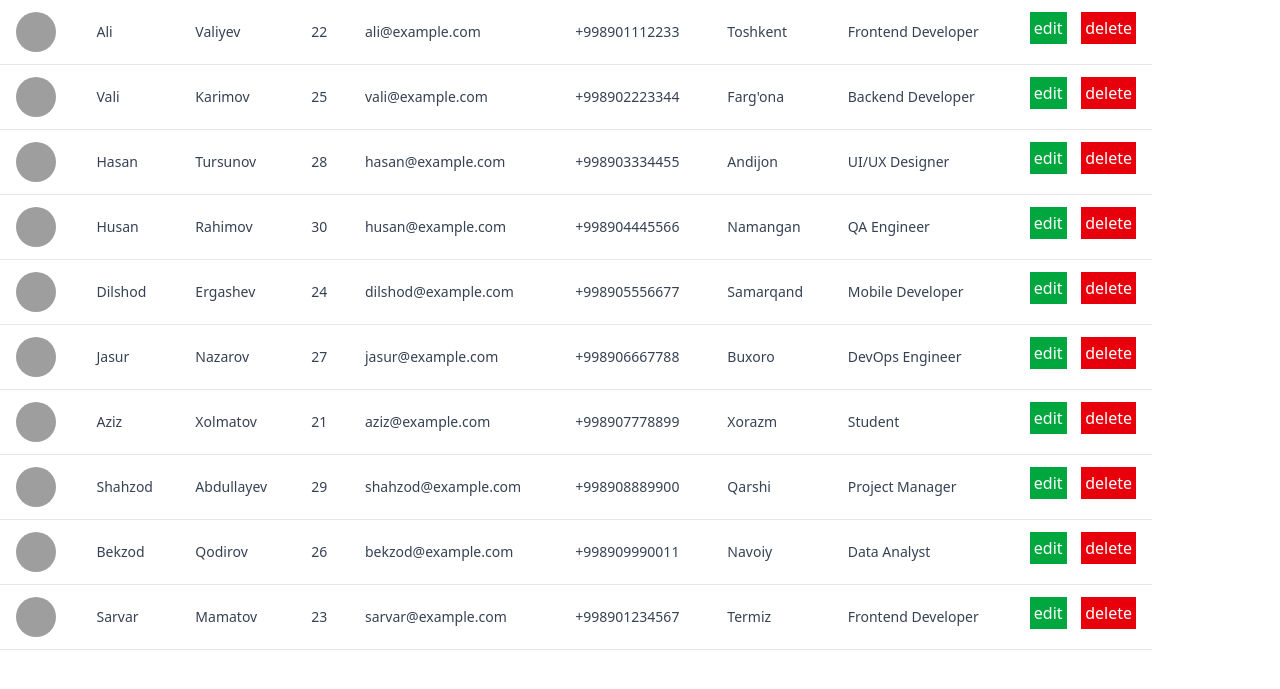
Repository: jamboy008/useformik
Page: /
The author's editor kept a copy of each file at every save. The page is drawn from the files as they stood at one save, then again after the next save.
The browser window is 1280 px wide. The pictures show the whole page.
Pictures or frames that could not be fetched are drawn as grey boxes. The project was rebuilt for these pictures with package versions that can differ from the ones it lists, and the page was loaded fresh each time. Also part of the build but not shown: vite.config.js.

Above is the page before, as saved 2026-08-11 15:04:51.

After the next save:
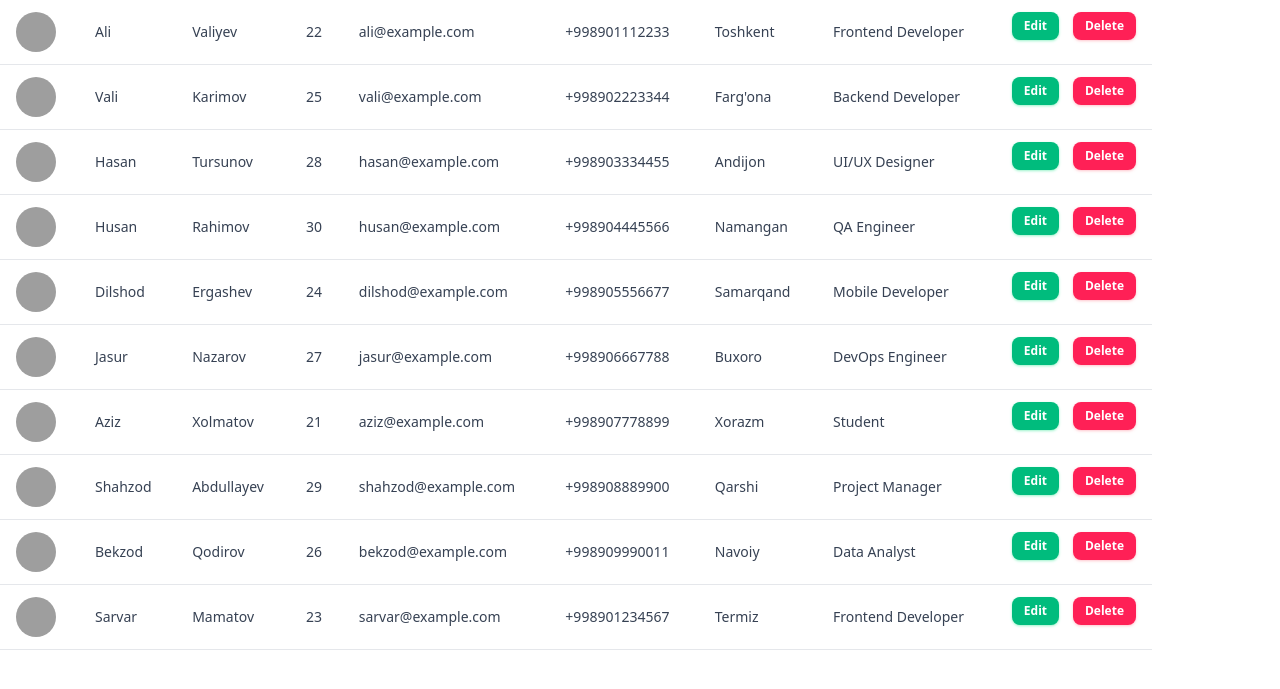
Saved 16 min 44 s later.
--- a/src/components/Button.jsx
+++ b/src/components/Button.jsx
@@ -1,11 +1,29 @@
 import React from "react";
+
 const variants = {
-  delete: "bg-red-600 text-white p-1",
-  edit: "bg-green-600 text-white p-1",
+  // Variant nomi 'edit' yoki 'secondary' bo'lganda
+  edit: "bg-emerald-500 hover:bg-emerald-600 active:bg-emerald-700 text-white shadow-sm shadow-emerald-200",
+  secondary: "bg-emerald-500 hover:bg-emerald-600 active:bg-emerald-700 text-white shadow-sm shadow-emerald-200",
+
+  // Variant nomi 'delete' yoki 'danger' bo'lganda
+  delete: "bg-rose-500 hover:bg-rose-600 active:bg-rose-700 text-white shadow-sm shadow-rose-200",
+  danger: "bg-rose-500 hover:bg-rose-600 active:bg-rose-700 text-white shadow-sm shadow-rose-200",
 };
 
-function Button({ text, variant }) {
-  return <button className={`${variants[variant]}`}>{text}</button>;
+function Button({ text, variant = "edit", onClick, type = "button", ...props }) {
+  const baseStyles =
+    "inline-flex items-center justify-center px-3 py-1.5 text-xs font-semibold capitalize rounded-lg transition-all duration-200 cursor-pointer focus:outline-none focus:ring-2 focus:ring-offset-1 focus:ring-gray-300";
+
+  return (
+    <button
+      type={type}
+      onClick={onClick}
+      className={`${baseStyles} ${variants[variant] || variants.edit}`}
+      {...props}
+    >
+      {text}
+    </button>
+  );
 }
 
 export default Button;
